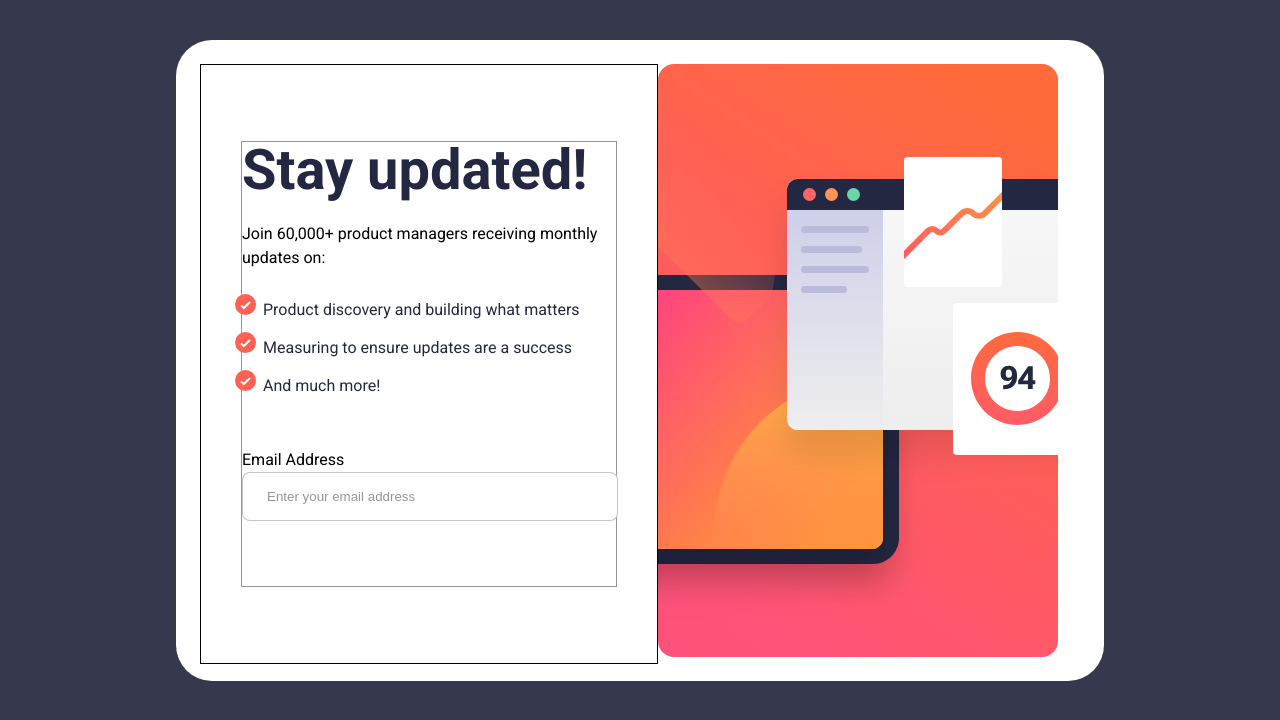
Repository: brandontaylor1/newsletter-signup
Page: index.html
An editor plug-in stored every save of this project. The page is shown before and after the next save, followed by the edit.
The browser window is 1280 px wide. The pictures show the whole page.

Above is the page before, as saved 2025-01-19 20:59:17.

After the next save:
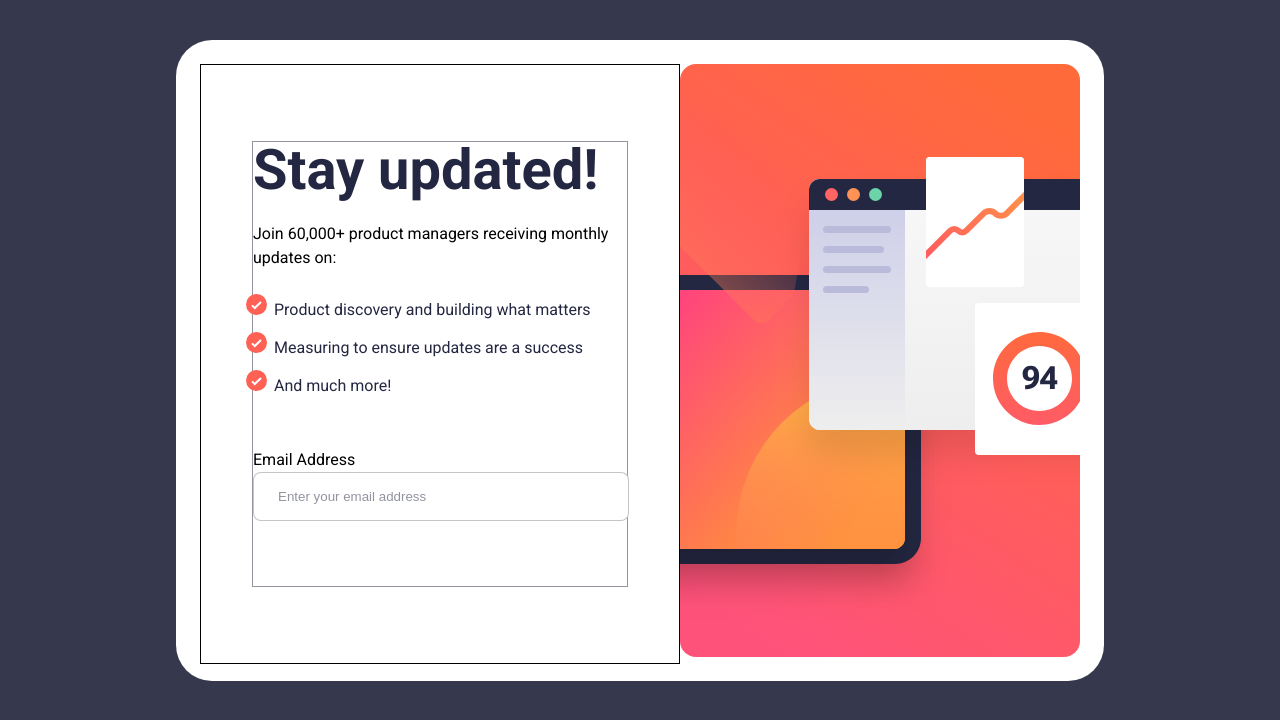
Saved 19 s later.
--- a/styles.css
+++ b/styles.css
@@ -39,7 +39,7 @@ body {
     background-color: var(--neutral-color-white);
     border-radius: 36px;
     display: grid;
-    grid-template-columns: 1fr 1fr;
+    grid-template-columns: 1fr auto;
     grid-template-rows: 1fr;
     padding: 24px;
 }
